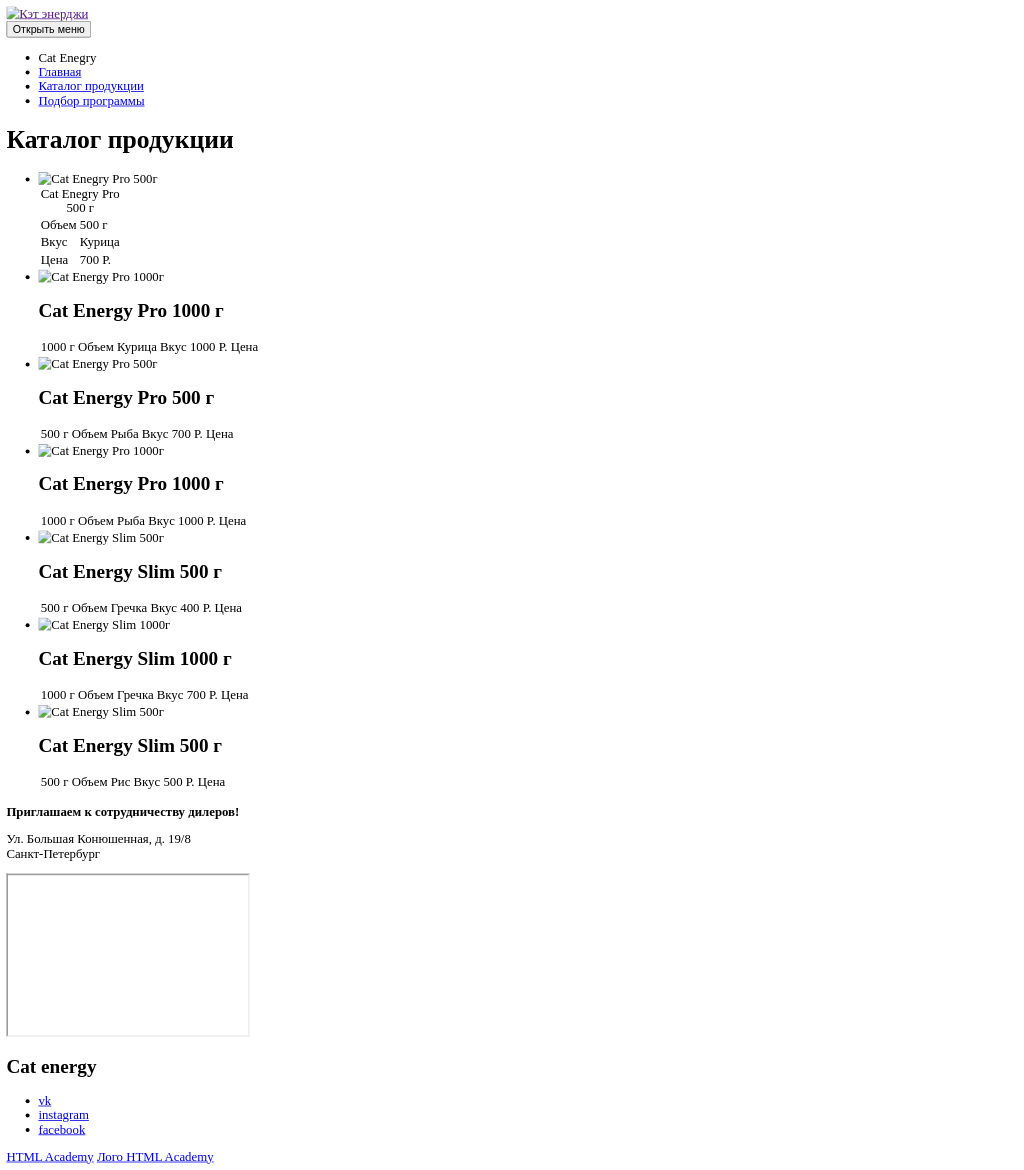
Repository: infernotw/1054987-cat-energy-17
Page: source/catalog.html
These files come from the project's save history. The page is drawn as it stood at one moment and after the next save; the edit follows.
The browser window is 1280 px wide. The pictures show the whole page, at 80% of full size.

Above is the page before, as saved 2019-07-17 05:30:14.

### source/catalog.html
<!DOCTYPE html>
<html lang="ru">

<head>
  <meta charset="utf-8">
  <title>HTML Academy: Кэт энерджи</title>
</head>

<body>

  <header class="page-header">
    <a href="" class="page-header__logo">
      <img src="#" alt="Кэт энерджи" width="" height="" class="page-header__logo-image">
    </a>
    <nav class="main-nav">
      <button class="main-nav__toggle" type="button">Открыть меню</button>
      <div class="main-nav__wrapper">
        <ul class="main-nav__list site-list">
          <li class="site-list__item">
            <a class="site-list__item site-list__item--active">Cat Enegry</a>
          </li>
          <li class="site-list__item">
            <a href="index.html">Главная</a>
          </li>
          <li class="site-list__item">
            <a href="#">Каталог продукции</a>
          </li>
          <li class="site-list__item">
            <a href="form.html">Подбор программы</a>
          </li>
        </ul>
      </div>
    </nav>
  </header>

  <main class="page-main">
    <h1 class="page-main__title">Каталог продукции</h1>
    <section class="catalog">
      <div class="catalog__wrapper">
        <ul class="catalog__list">
          <li class="catalog__item">
            <img src="#" alt="Cat Enegry Pro 500г" class="catalog__img">
            <table class="catalog__about">
              <caption class="catalog__subtitle">Cat Enegry Pro 500 г</caption>
              <tr>
                <td class="catalog__field">Объем</td>
                <td class="catalog__value">500 г</td>
              </tr>
              <tr>
                <td class=" catalog__field">Вкус</td>
                <td class="catalog__value">Курица</td>
              </tr>
              <tr>
                <td class=" catalog__field">Цена</td>
                <td class="catalog__value">700 Р.</td>
              </tr>
            </table>
          </li>
          <li class="catalog__item">
            <img src="#" alt="Cat Energy Pro 1000г" class="catalog__img">
            <h2 class="catalog__name">Cat Energy Pro 1000 г</h2>
            <table class="catalog__about">
              <caption class="catalog__subtitle"></caption>
              <tr>
                <td class="catalog__value">1000 г</td>
                <td class="catalog__field">Объем</td>
                <td class="catalog__value">Курица</td>
                <td class=" catalog__field">Вкус</td>
                <td class="catalog__value">1000 Р.</td>
                <td class=" catalog__field">Цена</td>
              </tr>
            </table>
          </li>
          <li class="catalog__item">
            <img src="#" alt="Cat Energy Pro 500г" class="catalog__img">
            <h2 class="catalog__name">Cat Energy Pro 500 г</h2>
            <table class="catalog__about">
              <caption class="catalog__subtitle"></caption>
              <tr>
                <td class="catalog__value">500 г</td>
                <td class="catalog__field">Объем</td>
                <td class="catalog__value">Рыба</td>
                <td class=" catalog__field">Вкус</td>
                <td class="catalog__value">700 Р.</td>
                <td class=" catalog__field">Цена</td>
              </tr>
            </table>
          </li>
          <li class="catalog__item">
            <img src="#" alt="Cat Energy Pro 1000г" class="catalog__img">
            <h2 class="catalog__name">Cat Energy Pro 1000 г</h2>
            <table class="catalog__about">
              <caption class="catalog__subtitle"></caption>
              <tr>
                <td class="catalog__value">1000 г</td>
                <td class="catalog__field">Объем</td>
                <td class="catalog__value">Рыба</td>
                <td class=" catalog__field">Вкус</td>
                <td class="catalog__value">1000 Р.</td>
                <td class=" catalog__field">Цена</td>
              </tr>
            </table>
          </li>
          <li class="catalog__item">
            <img src="#" alt="Cat Energy Slim 500г" class="catalog__img">
            <h2 class="catalog__name">Cat Energy Slim 500 г</h2>
            <table class="catalog__about">
              <caption class="catalog__subtitle"></caption>
              <tr>
                <td class="catalog__value">500 г</td>
                <td class="catalog__field">Объем</td>
                <td class="catalog__value">Гречка</td>
                <td class=" catalog__field">Вкус</td>
                <td class="catalog__value">400 Р.</td>
                <td class=" catalog__field">Цена</td>
              </tr>
            </table>
          </li>
          <li class="catalog__item">
            <img src="#" alt="Cat Energy Slim 1000г" class="catalog__img">
            <h2 class="catalog__name">Cat Energy Slim 1000 г</h2>
            <table class="catalog__about">
              <caption class="catalog__subtitle"></caption>
              <tr>
                <td class="catalog__value">1000 г</td>
                <td class="catalog__field">Объем</td>
                <td class="catalog__value">Гречка</td>
                <td class="catalog__field">Вкус</td>
                <td class="catalog__value">700 Р.</td>
                <td class="catalog__field">Цена</td>
              </tr>
            </table>
          </li>
          <li class="catalog__item">
            <img src="#" alt="Cat Energy Slim 500г" class="catalog__img">
            <h2 class="catalog__name">Cat Energy Slim 500 г</h2>
            <table class="catalog__about">
              <caption class="catalog__subtitle"></caption>
              <tr>
                <td class="catalog__value">500 г</td>
                <td class="catalog__field">Объем</td>
                <td class="catalog__value">Рис</td>
                <td class="catalog__field">Вкус</td>
                <td class="catalog__value">500 Р.</td>
                <td class="catalog__field">Цена</td>
              </tr>
            </table>
          </li>
        </ul>

      </div>
    </section>


  </main>

  <footer class="page-footer">
    <div class="page-footer__wrapper">
      <div class="page-footer__contacts contacts">
        <b class="contacts__title">Приглашаем к сотрудничеству дилеров!</b>
        <p class="contacts__text">Ул. Большая Конюшенная, д. 19/8<br>Санкт-Петербург</p>
        <div class="contacts__map">
          <iframe src="https://yandex.ru/map-widget/v1/-/CCwfVC62" width="300" height="200"></iframe>
        </div>
      </div>
      <div class="page-footer__social social">
        <h2 class="social__title">Cat energy</h2>
        <ul class="social__list">
          <li class="social__item">
            <a href="#" class="social__link social__link--vk">vk</a>
          </li>
          <li class="social__item">
            <a href="#" class="social__link social__link--instagram">instagram</a>
          </li>
          <li class="social__item">
            <a href="#" class="social__link social__link--facebook">facebook</a>
          </li>
        </ul>
      </div>
      <div class="page-footer__copyright copyright">
        <a href="#" class="copyright__link">HTML Academy</a>
        <a href="#" class="copyright__link">Лого HTML Academy</a>
      </div>
    </div>
  </footer>

</body>

</html>

After the next save:
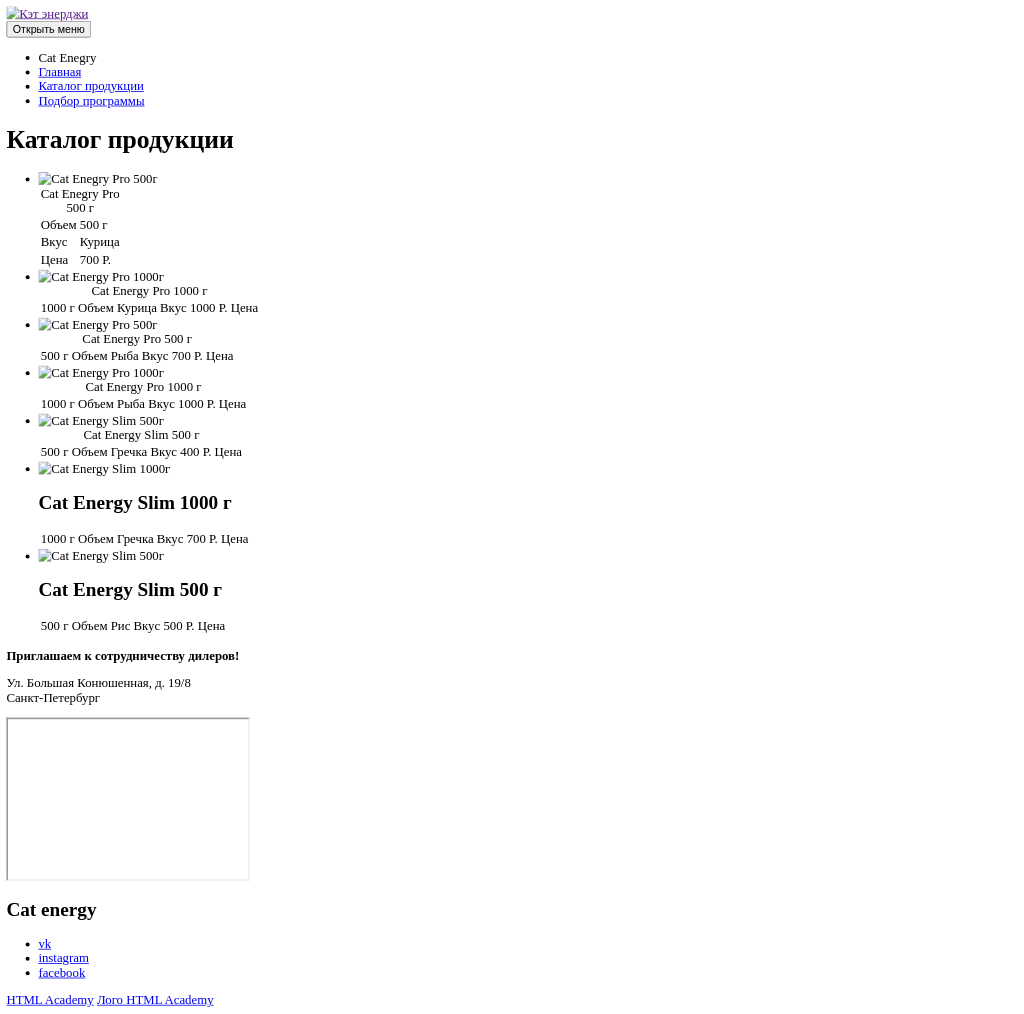
Saved 28 s later.
--- a/source/catalog.html
+++ b/source/catalog.html
@@ -58,9 +58,8 @@
           </li>
           <li class="catalog__item">
             <img src="#" alt="Cat Energy Pro 1000г" class="catalog__img">
-            <h2 class="catalog__name">Cat Energy Pro 1000 г</h2>
             <table class="catalog__about">
-              <caption class="catalog__subtitle"></caption>
+              <caption class="catalog__subtitle">Cat Energy Pro 1000 г</caption>
               <tr>
                 <td class="catalog__value">1000 г</td>
                 <td class="catalog__field">Объем</td>
@@ -73,9 +72,8 @@
           </li>
           <li class="catalog__item">
             <img src="#" alt="Cat Energy Pro 500г" class="catalog__img">
-            <h2 class="catalog__name">Cat Energy Pro 500 г</h2>
             <table class="catalog__about">
-              <caption class="catalog__subtitle"></caption>
+              <caption class="catalog__subtitle">Cat Energy Pro 500 г</caption>
               <tr>
                 <td class="catalog__value">500 г</td>
                 <td class="catalog__field">Объем</td>
@@ -88,9 +86,8 @@
           </li>
           <li class="catalog__item">
             <img src="#" alt="Cat Energy Pro 1000г" class="catalog__img">
-            <h2 class="catalog__name">Cat Energy Pro 1000 г</h2>
             <table class="catalog__about">
-              <caption class="catalog__subtitle"></caption>
+              <caption class="catalog__subtitle">Cat Energy Pro 1000 г</caption>
               <tr>
                 <td class="catalog__value">1000 г</td>
                 <td class="catalog__field">Объем</td>
@@ -103,9 +100,8 @@
           </li>
           <li class="catalog__item">
             <img src="#" alt="Cat Energy Slim 500г" class="catalog__img">
-            <h2 class="catalog__name">Cat Energy Slim 500 г</h2>
             <table class="catalog__about">
-              <caption class="catalog__subtitle"></caption>
+              <caption class="catalog__subtitle">Cat Energy Slim 500 г</caption>
               <tr>
                 <td class="catalog__value">500 г</td>
                 <td class="catalog__field">Объем</td>
